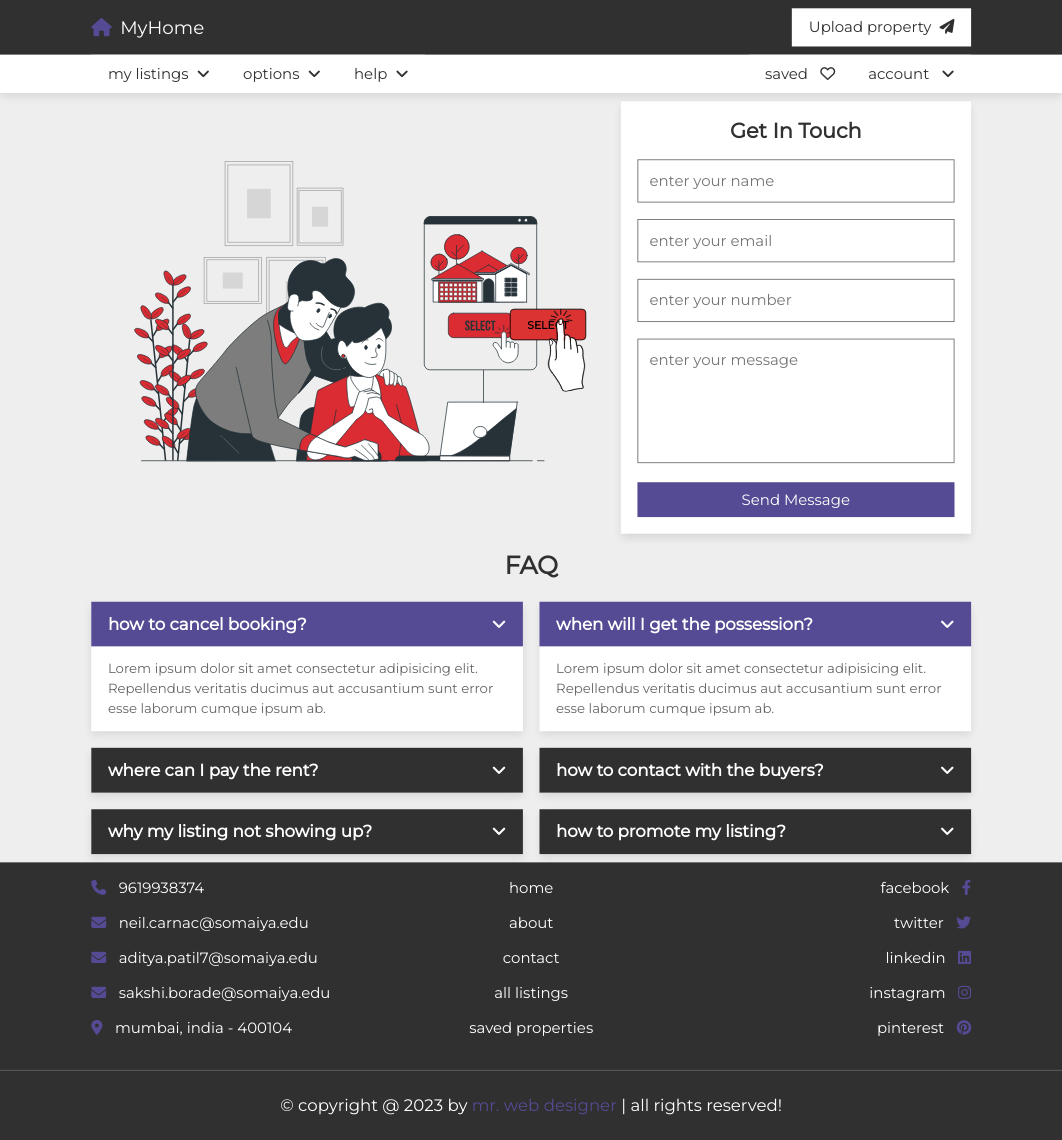
Repository: adi-tya999/wpl-project-realestatewebsite-main
Page: http://localhost/project/contact.php
The author's editor kept a copy of each file at every save. The page is drawn from the files as they stood at one save, then again after a run of saves.
The browser window is 1280 px wide. The pictures show the whole page, at 83% of full size.
The page is run by PHP 8.4 with error messages shown; the project is at /var/www/html/.

Above is the page before, as saved 2023-04-29 17:08:46.

### project/contact.php
<?php

include 'components/connect.php';

if(isset($_COOKIE['user_id'])){
   $user_id = $_COOKIE['user_id'];
}else{
   $user_id = '';
}

if(isset($_POST['send'])){

   $msg_id = create_unique_id();
   $name = $_POST['name'];
   $name = filter_var($name, FILTER_SANITIZE_STRING);
   $email = $_POST['email'];
   $email = filter_var($email, FILTER_SANITIZE_STRING);
   $number = $_POST['number'];
   $number = filter_var($number, FILTER_SANITIZE_STRING);
   $message = $_POST['message'];
   $message = filter_var($message, FILTER_SANITIZE_STRING);

   $verify_contact = $conn->prepare("SELECT * FROM `messages` WHERE name = ? AND email = ? AND number = ? AND message = ?");
   $verify_contact->execute([$name, $email, $number, $message]);

   if($verify_contact->rowCount() > 0){
      $warning_msg[] = 'message sent already!';
   }else{
      $send_message = $conn->prepare("INSERT INTO `messages`(id, name, email, number, message) VALUES(?,?,?,?,?)");
      $send_message->execute([$msg_id, $name, $email, $number, $message]);
      $success_msg[] = 'message send successfully!';
   }

}

?>

<!DOCTYPE html>
<html lang="en">
<head>
   <meta charset="UTF-8">
   <meta http-equiv="X-UA-Compatible" content="IE=edge">
   <meta name="viewport" content="width=device-width, initial-scale=1.0">
   <title>Contact Us</title>

   <!-- font awesome cdn link  -->
   <link rel="stylesheet" href="https://cdnjs.cloudflare.com/ajax/libs/font-awesome/6.2.0/css/all.min.css">

   <!-- custom css file link  -->
   <link rel="stylesheet" href="css/style.css">

</head>
<body>

<?php include 'components/user_header.php'; ?>

<div>
<!-- contact section starts  -->
<style>
		button {
			background-color: #da3332;
			color: black;
			padding: 10px 20px;
			border: none;
			border-radius: 5px;
			font-size: 1.3rem;
         /* margin-top: 500px; */
         margin-left: 660px;
         font-weight: bold;
         border: 1.5px solid black;
         position: absolute;
         margin-top: 260px;
         /* font-family: Montserrat; Change the font */
         transition: background-color 0.3s, color 0.3s;
         transform: translateX(-50%); /* Adjust for half of the button's width */


		}
      button:hover{
         cursor: pointer;
         background-color: black;
			color: #da3332;
      }
      .selele{

         position: absolute; /* Add relative positioning to the container */
			height: 1000px;
      }
      .finger{
         position: absolute; /* Add relative positioning to the container */
         height:100px ;
         width:45px ;
         margin-top: 260px;
         margin-left: 660px;
         z-index: 2;
      }
	</style>
   <div class="selele">
      <img src="images/fingerwhite.png" class="finger" alt="">
      <button><b>SELECT</b></button>
   </div>
<section class="contact">
   <div class="row">
      <div class="image">
         <img src="images/contact-img.svg" alt="">
      </div>
      <form action="" method="post">
         <h3>get in touch</h3>
         <input type="text" name="name" required maxlength="50" placeholder="enter your name" class="box">
         <input type="email" name="email" required maxlength="50" placeholder="enter your email" class="box">
         <input type="number" name="number" required maxlength="10" max="9999999999" min="0" placeholder="enter your number" class="box">
         <textarea name="message" placeholder="enter your message" required maxlength="1000" cols="30" rows="10" class="box"></textarea>
         <input type="submit" value="send message" name="send" class="btn">
      </form>
   </div>

</section>

<!-- contact section ends -->

<!-- faq section starts  -->

<section class="faq" id="faq">

   <h1 class="heading">FAQ</h1>

   <div class="box-container">

      <div class="box active">
         <h3><span>how to cancel booking?</span><i class="fas fa-angle-down"></i></h3>
         <p>Lorem ipsum dolor sit amet consectetur adipisicing elit. Repellendus veritatis ducimus aut accusantium sunt error esse laborum cumque ipsum ab.</p>
      </div>

      <div class="box active">
         <h3><span>when will I get the possession?</span><i class="fas fa-angle-down"></i></h3>
         <p>Lorem ipsum dolor sit amet consectetur adipisicing elit. Repellendus veritatis ducimus aut accusantium sunt error esse laborum cumque ipsum ab.</p>
      </div>

      <div class="box">
         <h3><span>where can I pay the rent?</span><i class="fas fa-angle-down"></i></h3>
         <p>Lorem ipsum dolor sit amet consectetur adipisicing elit. Repellendus veritatis ducimus aut accusantium sunt error esse laborum cumque ipsum ab.</p>
      </div>

      <div class="box">
         <h3><span>how to contact with the buyers?</span><i class="fas fa-angle-down"></i></h3>
         <p>Lorem ipsum dolor sit amet consectetur adipisicing elit. Repellendus veritatis ducimus aut accusantium sunt error esse laborum cumque ipsum ab.</p>
      </div>

      <div class="box">
         <h3><span>why my listing not showing up?</span><i class="fas fa-angle-down"></i></h3>
         <p>Lorem ipsum dolor sit amet consectetur adipisicing elit. Repellendus veritatis ducimus aut accusantium sunt error esse laborum cumque ipsum ab.</p>
      </div>

      <div class="box">
         <h3><span>how to promote my listing?</span><i class="fas fa-angle-down"></i></h3>
         <p>Lorem ipsum dolor sit amet consectetur adipisicing elit. Repellendus veritatis ducimus aut accusantium sunt error esse laborum cumque ipsum ab.</p>
      </div>

   </div>

</section>

<!-- faq section ends -->










<script src="https://cdnjs.cloudflare.com/ajax/libs/sweetalert/2.1.2/sweetalert.min.js"></script>

<?php include 'components/footer.php'; ?>

<!-- custom js file link  -->
<script src="js/script.js"></script>

<?php include 'components/message.php'; ?>
</div>
</body>
</html>

### project/components/connect.php
<?php

   $db_name = 'mysql:host=localhost;dbname=home_db';
   $db_user_name = 'root';
   $db_user_pass = '';

   $conn = new PDO($db_name, $db_user_name, $db_user_pass);

   function create_unique_id(){
      $characters = '0123456789abcdefghijklmnopqrstuvwxyzABCDEFGHIJKLMNOPQRSTUVWXYZ';
      $charactersLength = strlen($characters);
      $randomString = '';
      for ($i = 0; $i < 20; $i++) {
          $randomString .= $characters[mt_rand(0, $charactersLength - 1)];
      }
      return $randomString;
  }

?>

### project/components/user_header.php
<!-- header section starts  -->

<header class="header">

   <nav class="navbar nav-1">
      <section class="flex">
         <a href="home.php" class="logo"><i class="fas fa-house"></i>MyHome</a>

         <ul>
            <li class="upload"><a href="post_property.php">Upload property<i class="fas fa-paper-plane"></i></a></li>
         </ul>
      </section>
   </nav>

   <nav class="navbar nav-2">
      <section class="flex">
         <div id="menu-btn" class="fas fa-bars"></div>

         <div class="menu">
            <ul>
               <li><a href="#">my listings<i class="fas fa-angle-down"></i></a>
                  <ul>
                     <li><a href="dashboard.php">dashboard</a></li>
                     <li><a href="post_property.php">post property</a></li>
                     <li><a href="my_listings.php">my listings</a></li>
                  </ul>
               </li>
               <li><a href="#">options<i class="fas fa-angle-down"></i></a>
                  <ul>
                     <li><a href="search.php">filter search</a></li>
                     <li><a href="listings.php">all listings</a></li>
                  </ul>
               </li>
               <li><a href="#">help<i class="fas fa-angle-down"></i></a>
                  <ul>
                     <li><a href="about.php">about us</a></i></li>
                     <li><a href="contact.php">contact us</a></i></li>
                     <li><a href="contact.php#faq">FAQ</a></i></li>
                  </ul>
               </li>
            </ul>
         </div>

         <ul>
            <li><a href="saved.php">saved <i class="far fa-heart"></i></a></li>
            <li><a href="#">account <i class="fas fa-angle-down"></i></a>
               <ul>
                  <li><a href="login.php">login now</a></li>
                  <li><a href="register.php">register new</a></li>
                  <?php if($user_id != ''){ ?>
                  <li><a href="update.php">update profile</a></li>
                  <li><a href="components/user_logout.php" onclick="return confirm('logout from this website?');">logout</a>
                  <?php } ?></li>
               </ul>
            </li>
         </ul>
      </section>
   </nav>

</header>

<!-- header section ends -->

### project/components/footer.php
<!-- footer section starts  -->

<footer class="footer">

   <section class="flex">

      <div class="box">
         <a href="tel:9619938374"><i class="fas fa-phone"></i><span>9619938374</span></a>
         <a href="mailto:neil.carnac@somaiya.edu"><i class="fas fa-envelope"></i><span>neil.carnac@somaiya.edu</span></a>
         <a href="mailto:aditya.patil7@somaiya.edu"><i class="fas fa-envelope"></i><span>aditya.patil7@somaiya.edu</span></a>
         <a href="mailto:sakshi.borade@somaiya.edu"><i class="fas fa-envelope"></i><span>sakshi.borade@somaiya.edu</span></a>
         <a href="#"><i class="fas fa-map-marker-alt"></i><span>mumbai, india - 400104</span></a>
      </div>

      <div class="box">
         <a href="home.php"><span>home</span></a>
         <a href="about.php"><span>about</span></a>
         <a href="contact.php"><span>contact</span></a>
         <a href="listings.php"><span>all listings</span></a>
         <a href="saved.php"><span>saved properties</span></a>
      </div>

      <div class="box">
         <a href="#"><span>facebook</span><i class="fab fa-facebook-f"></i></a>
         <a href="#"><span>twitter</span><i class="fab fa-twitter"></i></a>
         <a href="#"><span>linkedin</span><i class="fab fa-linkedin"></i></a>
         <a href="#"><span>instagram</span><i class="fab fa-instagram"></i></a>
         <a href="#"><span>pinterest</span><i class="fab fa-pinterest"></i></a>

      </div>

   </section>

   <div class="credit">&copy; copyright @ <?= date('Y'); ?> by <span>mr. web designer</span> | all rights reserved!</div>

</footer>

<!-- footer section ends -->

Loaded but not shown: project/components/message.php (common file); project/images/contact-img.svg (1 lines, source omitted); project/js/script.js (21 lines, source omitted); project/css/style.css (1372 lines, source omitted)

After the next 2 saves:
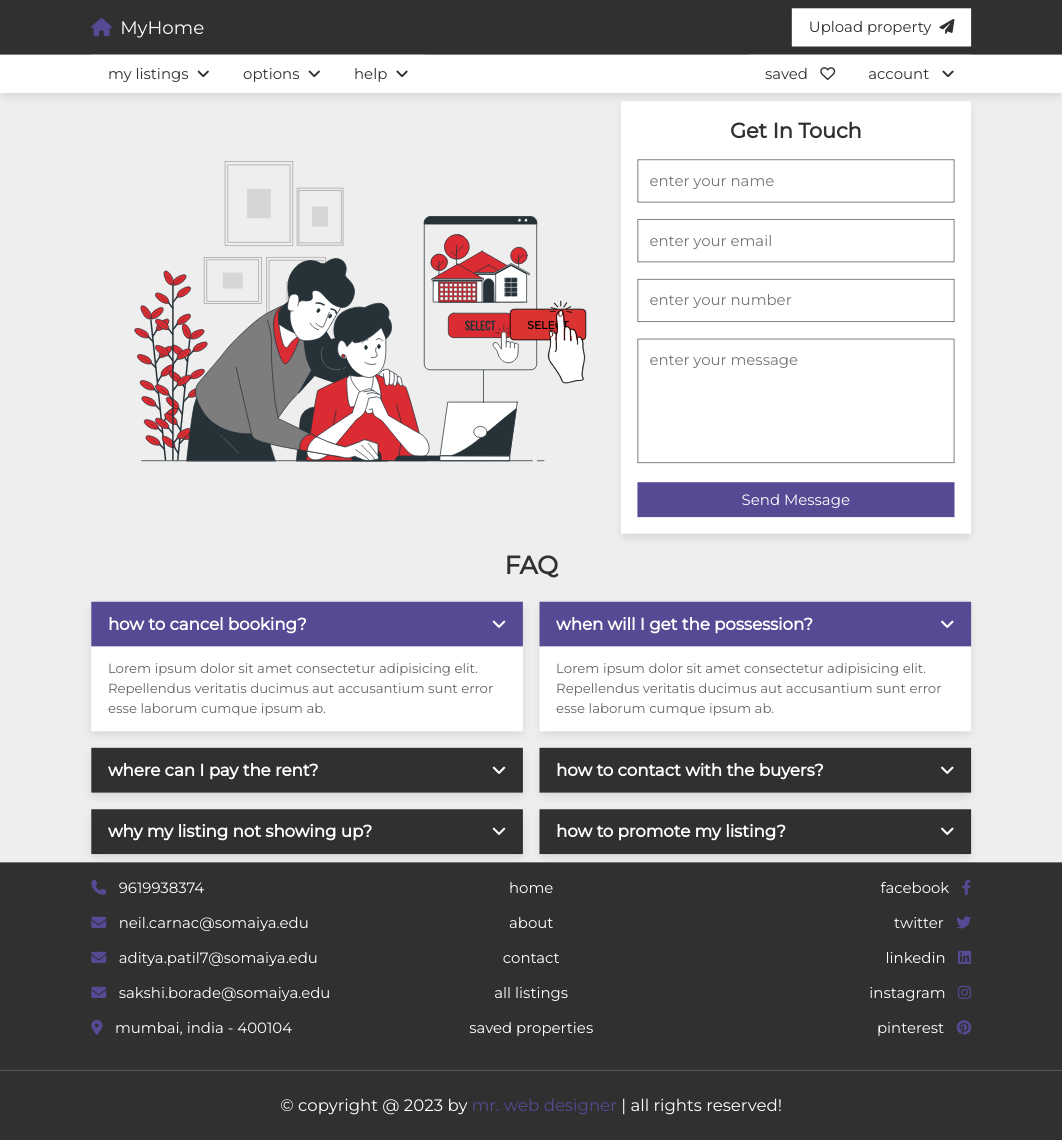
The 2 saves are shown as one change because they came seconds apart.
The last was saved 10 s later.
--- a/project/contact.php
+++ b/project/contact.php
@@ -90,7 +90,7 @@ if(isset($_POST['send'])){
          position: absolute; /* Add relative positioning to the container */
          height:100px ;
          width:45px ;
-         margin-top: 260px;
+         margin-top: 250px;
          margin-left: 660px;
          z-index: 2;
       }
